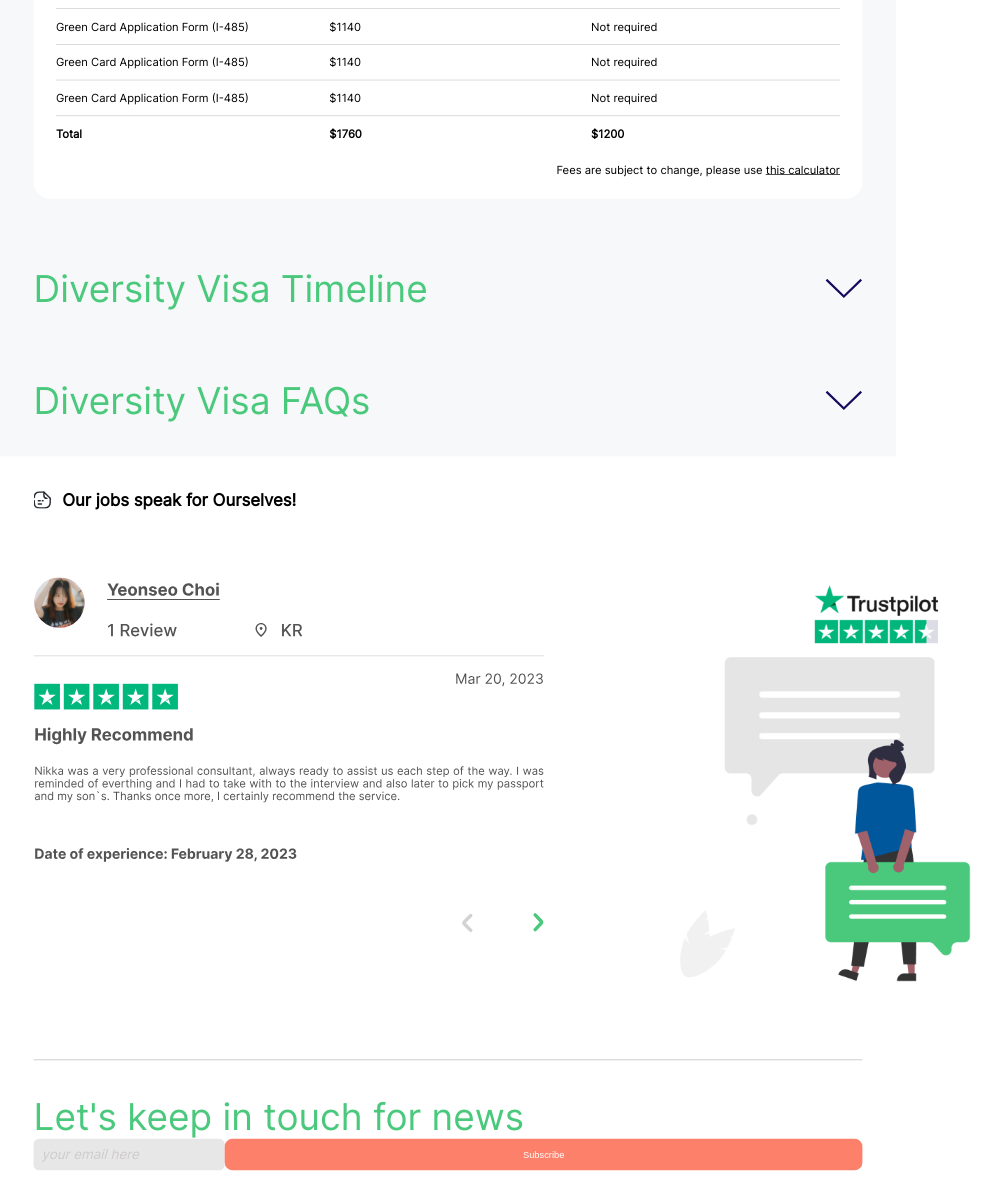
Repository: switch247/small_ui
Page: /
An editor plug-in stored every save of this project. The page is shown before and after the next save, followed by the edit.
The browser window is 1280 px wide. The page is 1404 px wide, so the pictures cover 1404 px, including what lies to the right of the window. The pictures show the part of the page from y = 1687 to 3407 px (the page is 3407 px tall), at 70% of full size.
The project was rebuilt for these pictures with package versions that can differ from the ones it lists, and the page was loaded fresh each time.

Above is the page before, as saved 2023-10-12 18:12:32.

After the next save:
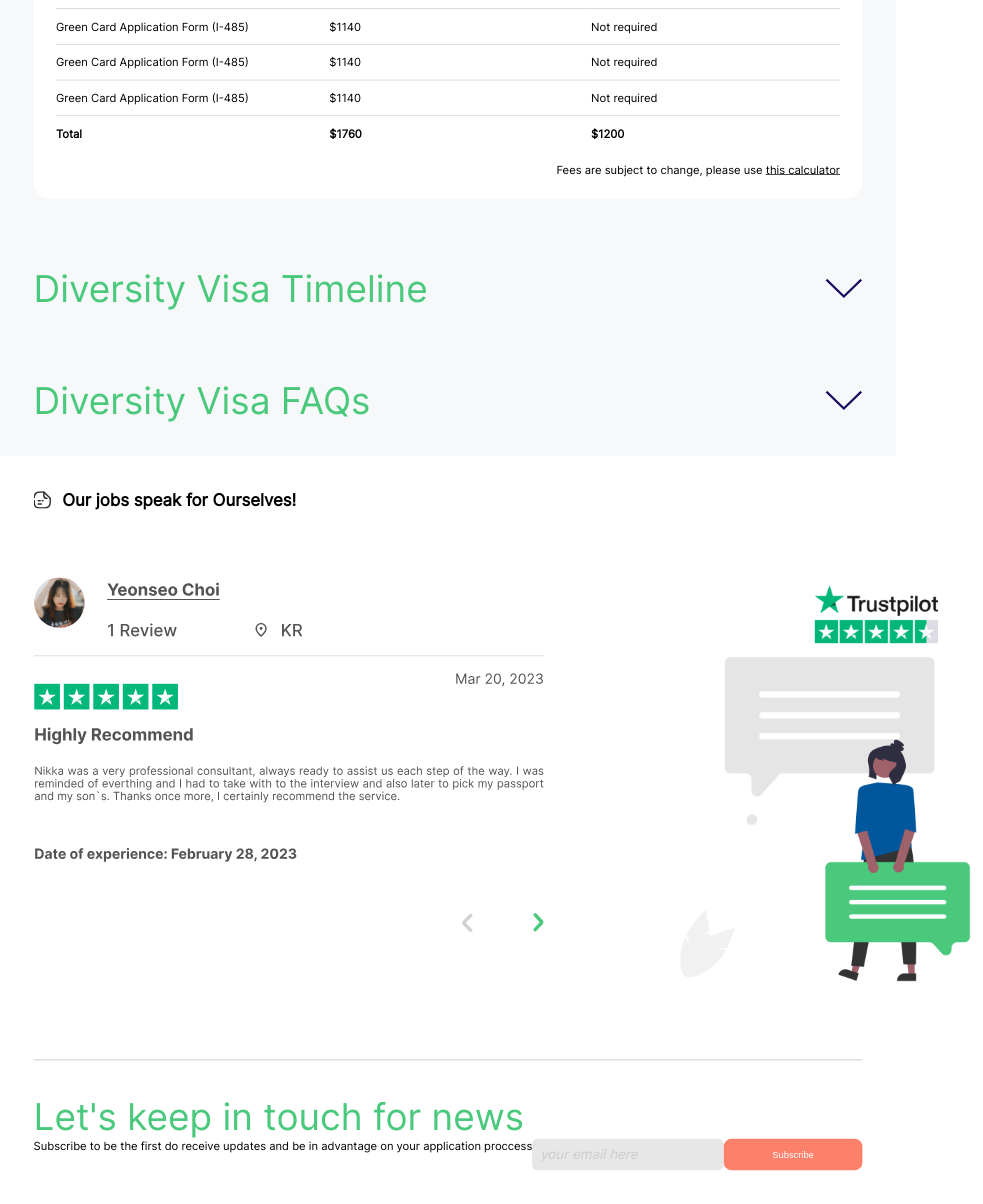
Saved 2 s later.
--- a/src/components/Contact.tsx
+++ b/src/components/Contact.tsx
@@ -9,6 +9,10 @@
       <div className="contact__title">Let's keep in touch for news</div>
       <div className="email__conatainer">
         <div className="some__border" />
+        <div className="contact__text">
+          Subscribe to be the first do receive updates and be in advantage on
+          your application proccess
+        </div>
         <div className="contact__email__input">
           <CustomInput placeholder="your email here" />
         </div>
